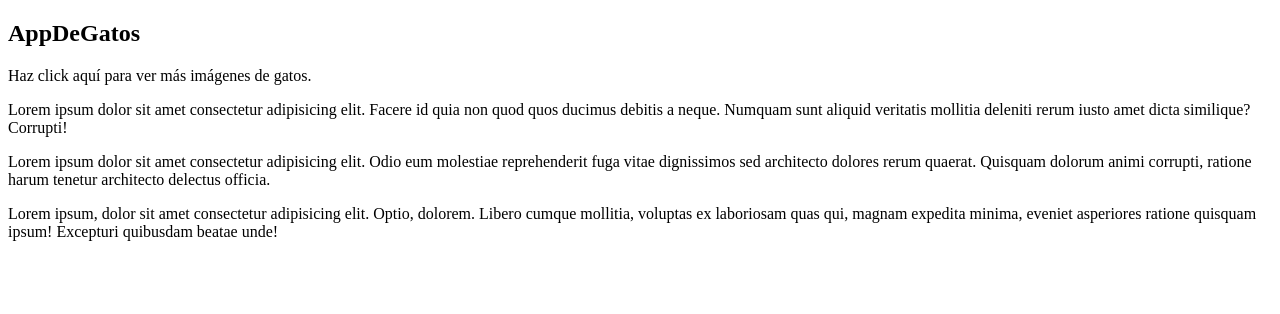
Repository: pedro-donoso/curso-html---css
Page: index.html
An editor plug-in stored every save of this project. The page is shown before and after the next save, followed by the edit.
The browser window is 1280 px wide. The pictures show the whole page.

Above is the page before, as saved 2023-11-03 10:21:06.

After the next save:
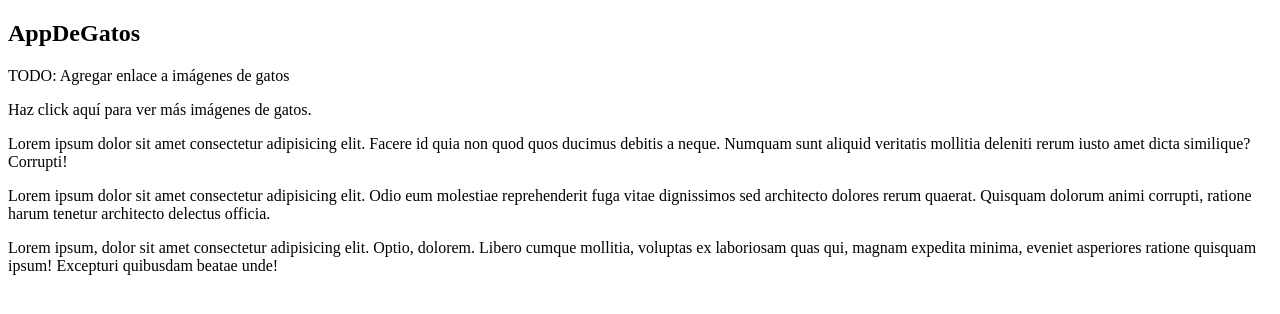
Saved 2 min 8 s later.
--- a/index.html
+++ b/index.html
@@ -7,7 +7,7 @@
 </head>
 <body>
     <h2>AppDeGatos</h2>
-    <!-- TODO: Agregar enlace a imágenes de gatos -->
+    TODO: Agregar enlace a imágenes de gatos
     <p>Haz click aquí para ver más imágenes de gatos.</p>
     <p>Lorem ipsum dolor sit amet consectetur adipisicing elit. Facere id quia non quod quos ducimus debitis a neque. Numquam sunt aliquid veritatis mollitia deleniti rerum iusto amet dicta similique? Corrupti!</p>
     <p>Lorem ipsum dolor sit amet consectetur adipisicing elit. Odio eum molestiae reprehenderit fuga vitae dignissimos sed architecto dolores rerum quaerat. Quisquam dolorum animi corrupti, ratione harum tenetur architecto delectus officia.</p>

After the save that followed:
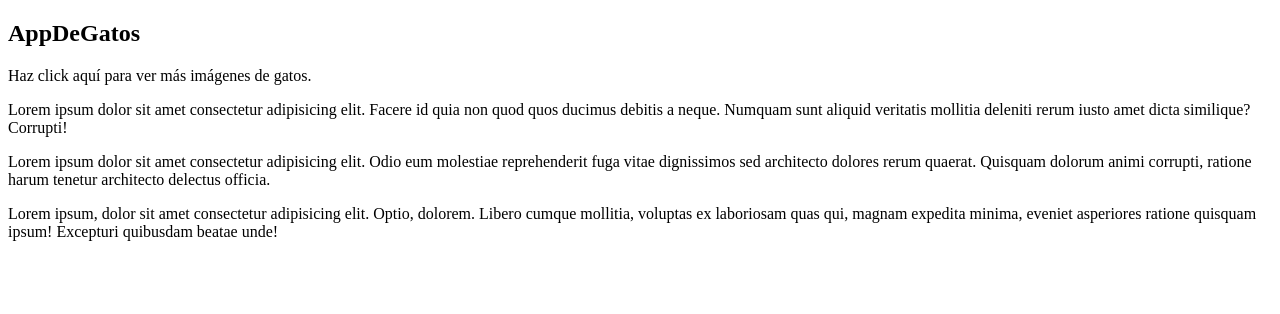
Saved 7 s later.
--- a/index.html
+++ b/index.html
@@ -7,7 +7,7 @@
 </head>
 <body>
     <h2>AppDeGatos</h2>
-    TODO: Agregar enlace a imágenes de gatos
+    <!-- TODO: Agregar enlace a imágenes de gatos -->
     <p>Haz click aquí para ver más imágenes de gatos.</p>
     <p>Lorem ipsum dolor sit amet consectetur adipisicing elit. Facere id quia non quod quos ducimus debitis a neque. Numquam sunt aliquid veritatis mollitia deleniti rerum iusto amet dicta similique? Corrupti!</p>
     <p>Lorem ipsum dolor sit amet consectetur adipisicing elit. Odio eum molestiae reprehenderit fuga vitae dignissimos sed architecto dolores rerum quaerat. Quisquam dolorum animi corrupti, ratione harum tenetur architecto delectus officia.</p>
